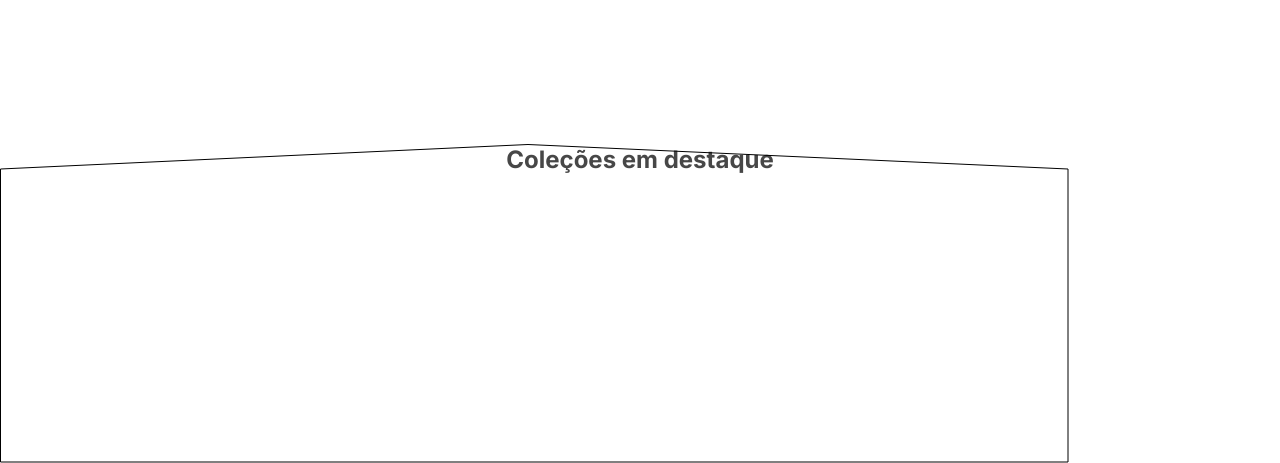
Repository: gimoli/loja-digital
Page: index.html
An editor plug-in stored every save of this project. The page is shown before and after the next save, followed by the edit.
The browser window is 1280 px wide. The pictures show the part of the page from y = 1294 to 1757 px (the page is 1757 px tall).

Above is the page before, as saved 2025-04-24 11:27:09.

After the next save:
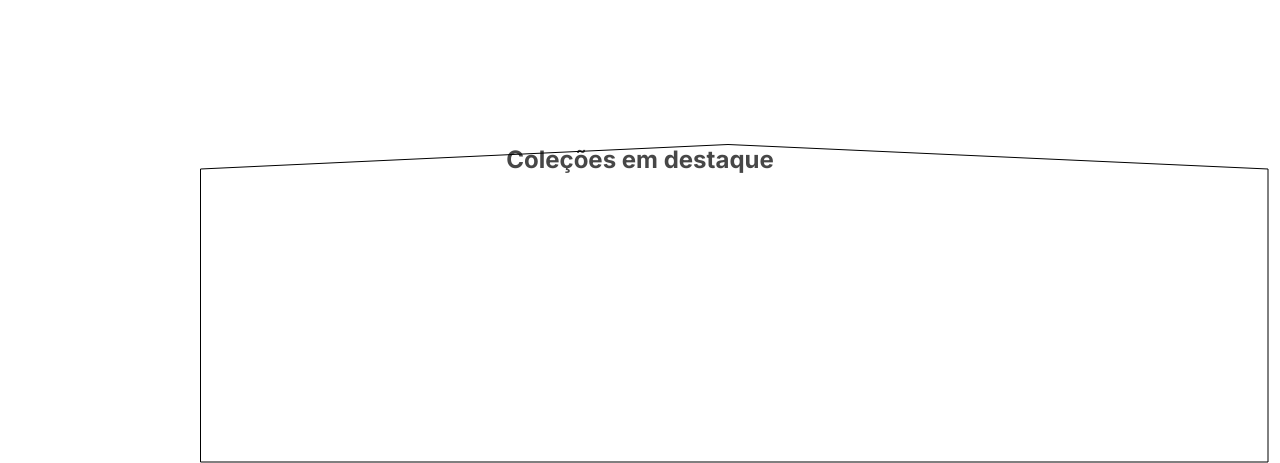
Saved 4 s later.
--- a/index.html
+++ b/index.html
@@ -123,7 +123,7 @@
         </div>
         <div></div>
     </section>
-    <section class="flex flex-col gap-15 px-[px] py-[42px]">
+    <section class="flex flex-col gap-15 px-[200px] py-[42px]">
         <div class="flex flex-col gap-10">
             <h4 class="text-(--dark-gray-2) font-bold text-2xl text-center">
                 Coleções em destaque
